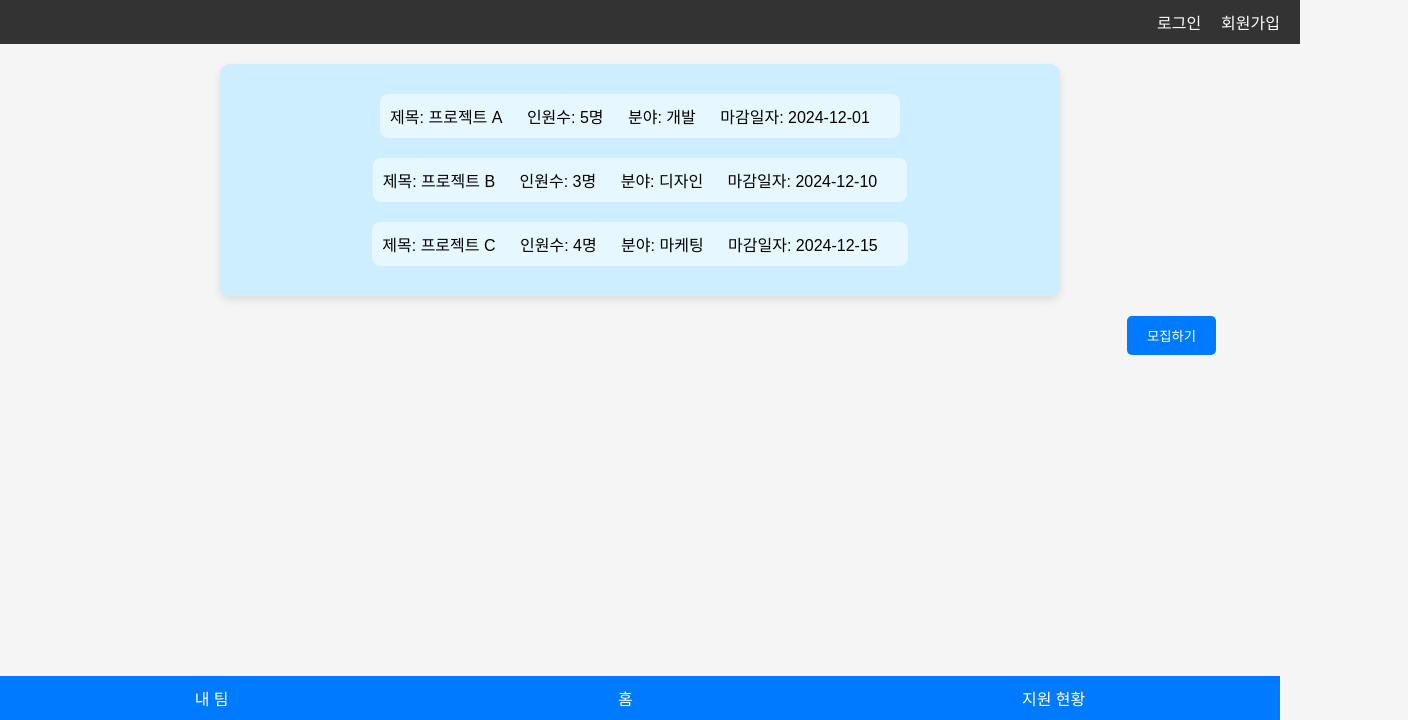
Repository: TUK-WEBSERIVCE/tuk-team-gem
Page: tuk-team-gem/src/main/webapp/main/mainPage.html
The author's editor kept a copy of each file at every save. The page is drawn from the files as they stood at one save, then again after the next save.
The browser window is 1280 px wide. The page is 1344 px wide, then 1408 px, so the pictures cover 1408 px, including what lies to the right of the window. The pictures show the whole page.

Above is the page before, as saved 2024-11-13 12:15:48.

### tuk-team-gem/src/main/webapp/main/mainPage.html
<!DOCTYPE html>
<html lang="ko">
<head>
    <meta charset="UTF-8">
    <meta name="viewport" content="width=device-width, initial-scale=1.0">
    <title>메인 페이지</title>
    <style>
        body {
            font-family: Arial, sans-serif;
            margin: 0;
            padding: 0;
            display: flex;
            flex-direction: column;
            align-items: center;
            background-color: #f5f5f5;
        }
        header {
            width: 100%;
            display: flex;
            justify-content: flex-end;
            padding: 10px 20px;
            background-color: #333;
            color: white;
        }
        header a {
            color: white;
            margin-left: 20px;
            text-decoration: none;
        }
        .container {
            background-color: #cceeff;
            width: 80%;
            max-width: 800px;
            margin: 20px auto;
            padding: 20px;
            border-radius: 10px;
            box-shadow: 0 4px 8px rgba(0, 0, 0, 0.1);
        }
        .list-item {
            background-color: #e6f7ff;
            padding: 10px;
            margin: 10px 0;
            border-radius: 8px;
            text-align: center;
        }
        .list-item span {
            display: inline-block;
            margin-right: 20px;
        }
        .list-container {
            display: flex;
            flex-direction: column;
            align-items: center;
        }
        /* 모집하기 버튼을 프레임 밖으로 배치 */
        .button-container {
			width: 100%; /* 화면 전체 너비 사용 */
    		display: flex;
    		justify-content: flex-end; /* 오른쪽으로 정렬 */
		    margin-bottom: 20px;
		    padding-right: 10%; /* 오른쪽 여백 */
        }
        .button-container button {
            padding: 10px 20px;
            background-color: #007bff;
            color: white;
            border: none;
            border-radius: 5px;
            cursor: pointer;
        }
        .button-container button:hover {
            background-color: #0056b3;
        }
        nav {
            width: 100%;
            background-color: #007bff;
            padding: 10px 0;
            position: fixed;
            bottom: 0;
        }
        nav ul {
            list-style-type: none;
            display: flex;
            justify-content: space-around;
            margin: 0;
            padding: 0;
        }
        nav ul li a {
            color: white;
            text-decoration: none;
        }
    </style>
</head>
<body>
    <!-- 우상단 로그인 및 회원가입 -->
    <header>
        <a href="#">로그인</a>
        <a href="#">회원가입</a>
    </header>

    <!-- 중앙 리스트 -->
    <div class="container">
        <div class="list-container">
            <!-- DB에서 불러온 데이터 목록 (샘플 데이터) -->
            <div class="list-item">
                <span>제목: 프로젝트 A</span>
                <span>인원수: 5명</span>
                <span>분야: 개발</span>
                <span>마감일자: 2024-12-01</span>
            </div>
            <div class="list-item">
                <span>제목: 프로젝트 B</span>
                <span>인원수: 3명</span>
                <span>분야: 디자인</span>
                <span>마감일자: 2024-12-10</span>
            </div>
            <div class="list-item">
                <span>제목: 프로젝트 C</span>
                <span>인원수: 4명</span>
                <span>분야: 마케팅</span>
                <span>마감일자: 2024-12-15</span>
            </div>
        </div>
    </div>

    <!-- 모집하기 버튼을 프레임 밖으로 이동 -->
    <div class="button-container">
        <button>모집하기</button>
    </div>

    <!-- 하단 네비게이션 바 -->
    <nav>
        <ul>
            <li><a href="#">내 팀</a></li>
            <li><a href="#">홈</a></li>
            <li><a href="#">지원 현황</a></li>
        </ul>
    </nav>
</body>
</html>

After the next save:
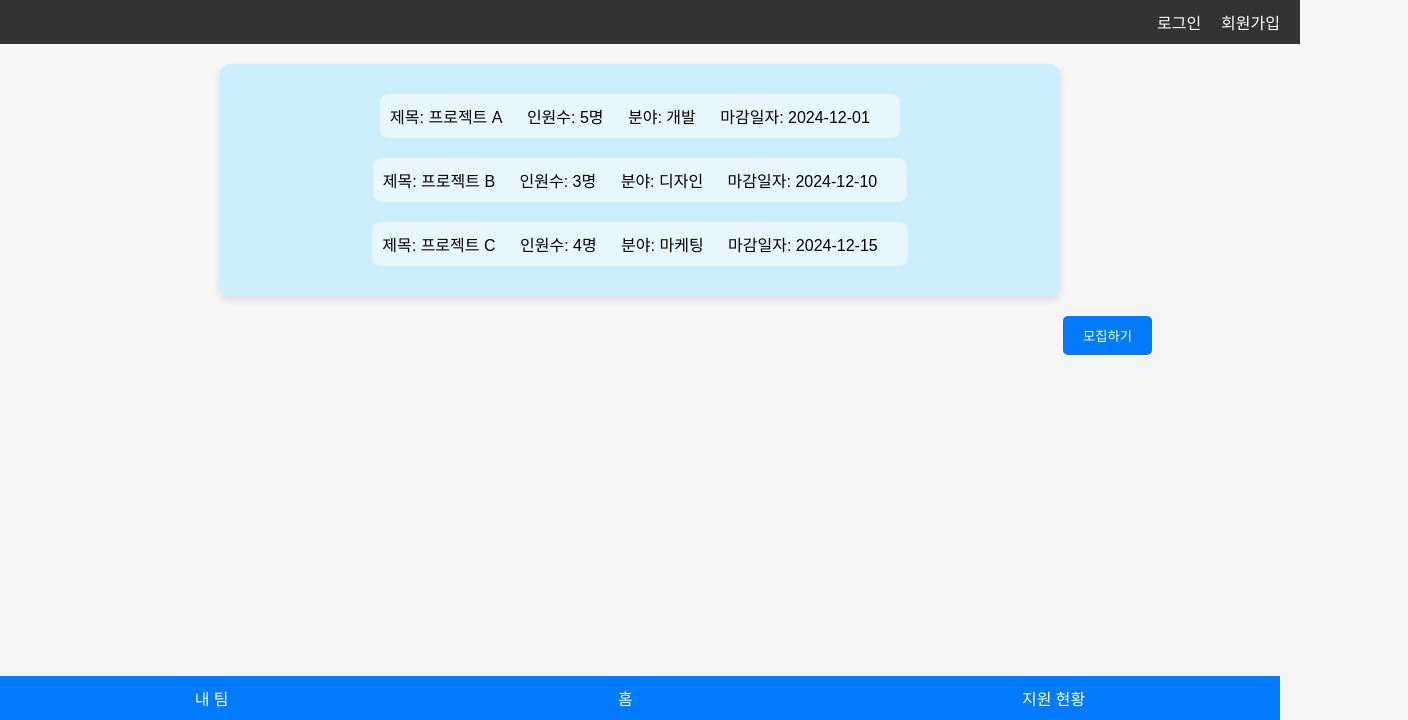
Saved 30 s later.
--- a/tuk-team-gem/src/main/webapp/main/mainPage.html
+++ b/tuk-team-gem/src/main/webapp/main/mainPage.html
@@ -58,7 +58,7 @@
     		display: flex;
     		justify-content: flex-end; /* 오른쪽으로 정렬 */
 		    margin-bottom: 20px;
-		    padding-right: 10%; /* 오른쪽 여백 */
+		    padding-right: 20%; /* 오른쪽 여백 */
         }
         .button-container button {
             padding: 10px 20px;
